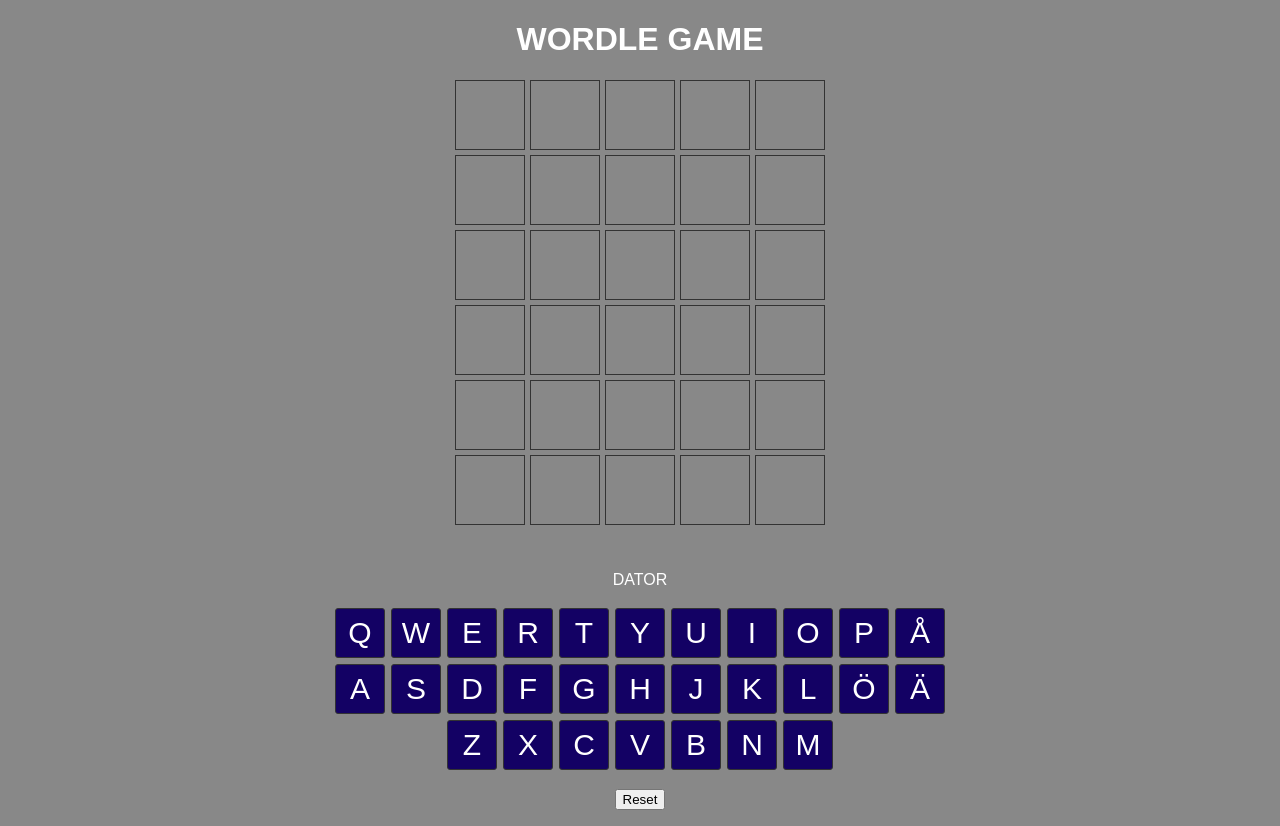
Repository: KarimIsaac/WorldeGame
Page: index.html
An editor plug-in stored every save of this project. The page is shown before and after the next save, followed by the edit.
The browser window is 1280 px wide. The pictures show the whole page.

Above is the page before, as saved 2022-03-13 07:25:08.

After the next save:
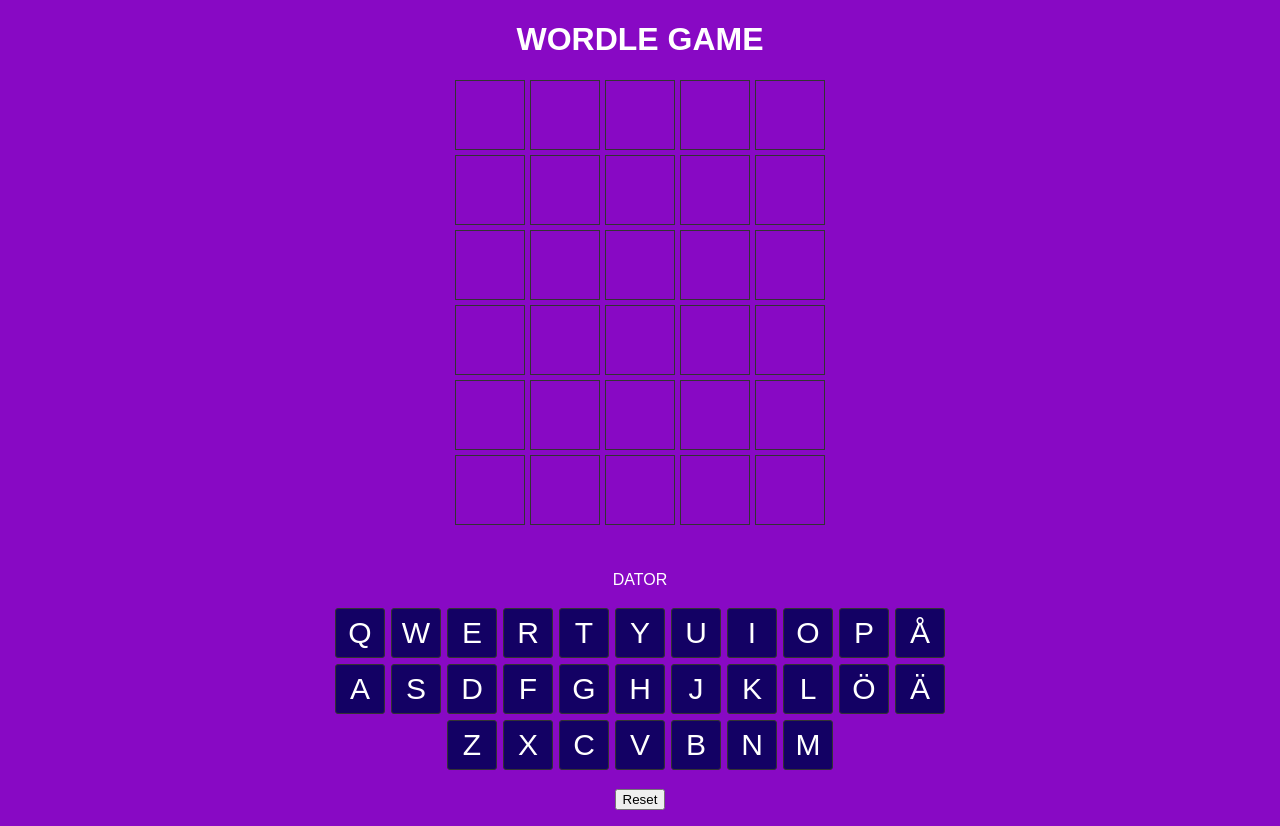
Saved 70 s later.
--- a/style.css
+++ b/style.css
@@ -1,7 +1,7 @@
 html,
 body {
   text-align: center;
-  background: rgb(136, 136, 136);
+  background: rgb(136, 9, 196);
   color: white;
   text-transform: uppercase;
   font-family: sans-serif;
